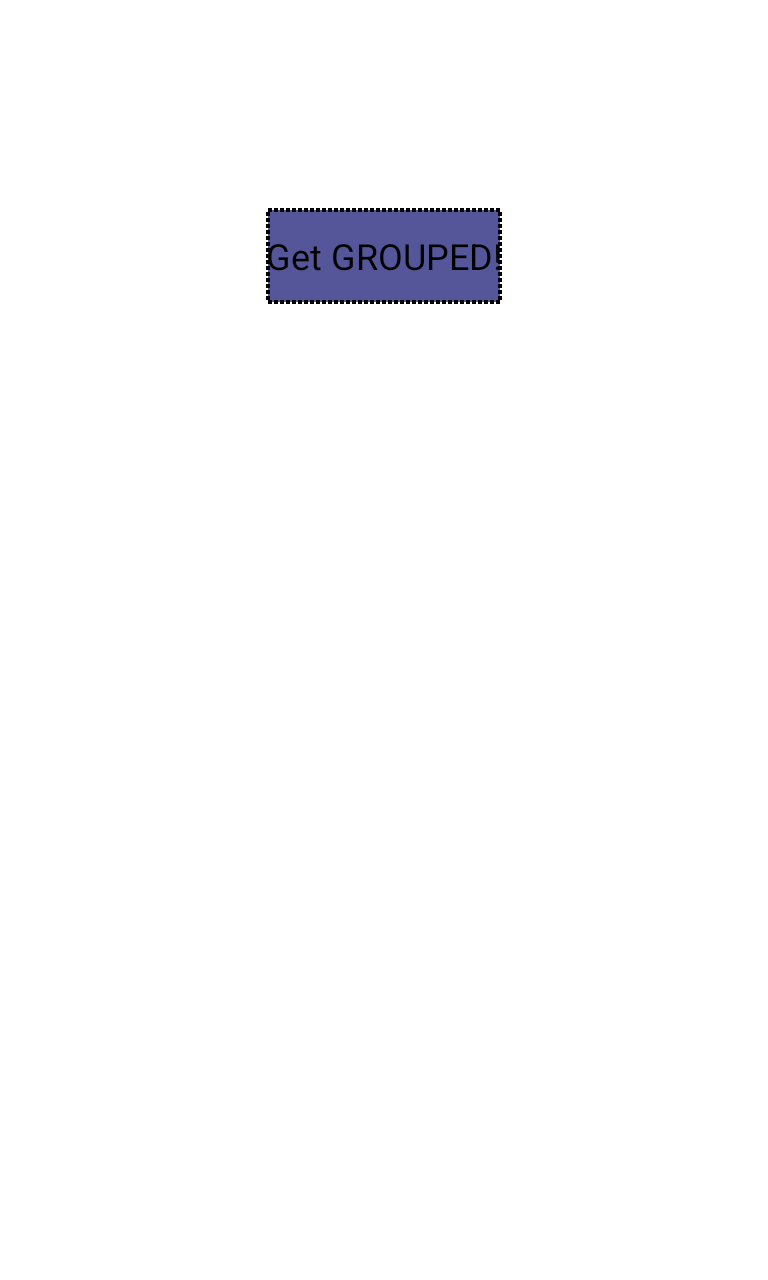
Repository: cs4471/grouped-client
Layout: Grouped/res/layout/activity_main.xml
An editor plug-in stored every save of this project. The layout is shown before and after the next save, followed by the edit.
It is drawn on a 768 x 1280 px phone screen (xhdpi) without system bars, with theme AppTheme; the app's code is not run.

Above is the layout before, as saved 2013-09-27 06:09:46.

### Grouped/res/layout/activity_main.xml
<RelativeLayout xmlns:android="http://schemas.android.com/apk/res/android"
    xmlns:tools="http://schemas.android.com/tools"
    android:layout_width="match_parent"
    android:layout_height="match_parent"
    android:paddingBottom="@dimen/activity_vertical_margin"
    android:paddingLeft="@dimen/activity_horizontal_margin"
    android:paddingRight="@dimen/activity_horizontal_margin"
    android:paddingTop="@dimen/activity_vertical_margin"
    tools:context=".MainActivity" >

    <Button
        android:id="@+id/button1"
        android:layout_width="wrap_content"
        android:layout_height="wrap_content"
        android:layout_alignParentTop="true"
        android:layout_centerHorizontal="true"
        android:background="@drawable/GetGroupedButton"
        android:layout_marginTop="88dp"
        android:text="Get GROUPED!"
        android:onClick="openEditGroupPage"/>


</RelativeLayout>

### Grouped/res/drawable/GetGroupedButton.xml
<?xml version="1.0" encoding="utf-8"?>
<shape
   xmlns:android="http://schemas.android.com/apk/res/android"
    android:shape="circle">
    <solid
        android:color="#FF555599" />
    <stroke
        android:width="2dp"
        android:color="#FF000000"
        android:dashWidth="2dp"
        android:dashGap="1dp" />
</shape>

Loaded but not shown: Grouped/res/values/styles.xml (common file); Grouped/res/values-v14/styles.xml (common file); Grouped/res/values/dimens.xml (common file)

After the next save:
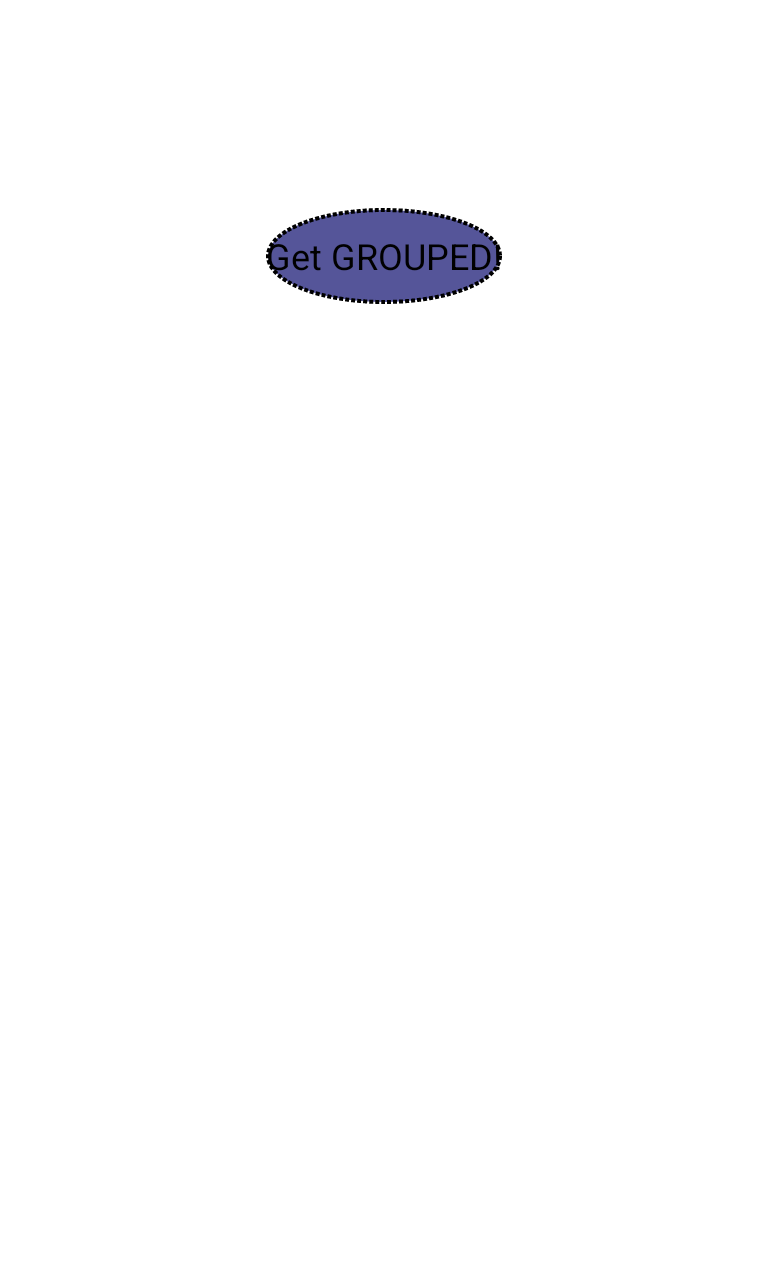
Saved 47 s later.
--- a/Grouped/res/drawable/GetGroupedButton.xml
+++ b/Grouped/res/drawable/GetGroupedButton.xml
@@ -1,7 +1,7 @@
 <?xml version="1.0" encoding="utf-8"?>
 <shape
    xmlns:android="http://schemas.android.com/apk/res/android"
-    android:shape="circle">
+    android:shape="oval">
     <solid
         android:color="#FF555599" />
     <stroke
